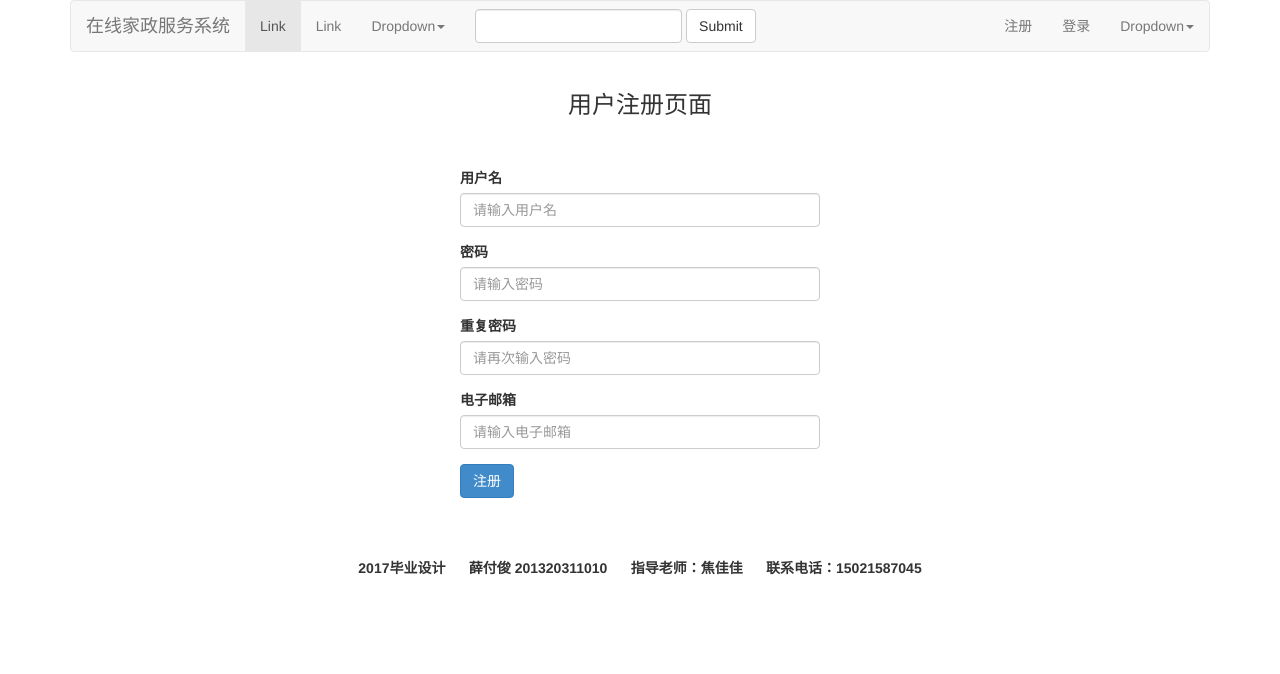
Repository: ELeonCXFJ/MyEclipseWS
Page: http://localhost/MyWeb/jsps/user/register.jsp
These files come from the project's save history. The page is drawn as it stood at one moment and after the next save; the edit follows.
The browser window is 1280 px wide. The pictures show the whole page.
The page is served by Tomcat 9. Nobody is signed in. The application's start-up code is not run. Other server files are loaded and not shown.

Above is the page before, as saved 2017-03-17 04:58:39.

### MyWeb/WebRoot/jsps/user/register.jsp
<%@ page language="java" import="java.util.*" pageEncoding="UTF-8"%>
<%@ taglib prefix="c" uri="http://java.sun.com/jsp/jstl/core" %>

<!DOCTYPE html>
<html>
<head>
   	<meta charset="utf-8">
   	<meta name="viewport" content="width=device-width, initial-scale=1">
   	<title>用户注册</title>

   	<link rel="stylesheet" href="${pageContext.request.contextPath}/vendor/bootstrap/css/bootstrap.css" />
   	<link rel="stylesheet" href="${pageContext.request.contextPath}/dist/css/bootstrapValidator.css" />

   	<script type="text/javascript" src="${pageContext.request.contextPath}/vendor/jquery/jquery.min.js"></script>
   	<script type="text/javascript" src="${pageContext.request.contextPath}/vendor/bootstrap/js/bootstrap.min.js"></script>
	<script type="text/javascript" src="${pageContext.request.contextPath}/dist/js/bootstrapValidator.js"></script>

</head>

<body>
<div class="container" >

	<div class="row clearfix">
	<c:import url="../../top.jsp"></c:import>
		<div class=""></div>
		<div class="col-md-12 column">
		<h3 align="center">用户注册页面</h3></br></br>
		</div>
	</div>
	<div class="row clearfix">
		<div class="col-md-4 column">
		</div>

		<div class="col-md-4 column">
			<form id="mainform" action="<c:url value='/UserServlet'/>" method="post" role="form">
				<input type="hidden" name="method" value="register"/>
				<div class="form-group">
					 <label for="username">用户名</label>
					 <input type="text" name="username" class="form-control" id="username" placeholder="请输入用户名" data-bv-remote="true"/>
				</div>

				<div class="form-group">
					 <label for="password">密码</label>
					 <input type="password" name="password" class="form-control" id="password" placeholder="请输入密码"  />
				</div>

				<div class="form-group">
					 <label for="confirmpassword">重复密码</label>
					 <input type="password" name="confirmpassword" class="form-control" id="confirmpassword" placeholder="请再次输入密码"  />
				</div>

				<div class="form-group">
					 <label for="email">电子邮箱</label>
					 <input type="text" name="email" class="form-control" id="username" placeholder="请输入电子邮箱"/>
				</div>

				<button type="submit" class="btn btn-primary">注册</button>
			</form>
		</div>
		<div class="col-md-4 column">
		</div>
	</div>
</div>
<c:import url="../../bottom.jsp"></c:import>
<div>
</div>
<script type="text/javascript">
$("#mainform").bootstrapValidator({
	message:"This value is not valid",
        feedbackIcons: {
            valid: 'glyphicon glyphicon-ok',
            invalid: 'glyphicon glyphicon-remove',
            validating: 'glyphicon glyphicon-refresh'
        },
        fields:{
			username:{
				validators:{
					notEmpty:{
						message:'用户名不能为空'
					},
					stringLength:{
						min:6,
						max:20,
						message:"用户名长度必须在6-20个字符之间"
					},
					regexp:{
						regexp:/^[a-zA-Z0-9_\.]+$/,
						message:"用户名只能由字母、数字、点和下划线组成",
					},
					threshold:6,
					remote:{
						url:'../../UserServlet?method=ajaxValidatorUserName',
						data:{username:$("#username").text()},
						delay : 1000,
						type:'POST',
						message:'该用户已存在',
					},
				}
			},

			password:{
				validators:{
					notEmpty:{
						message:'密码不能为空'
					},
					identical:{
						field: 'confirmpassword',
						message: '两次输入的密码不相同',
					},
					different:{
						field: 'username',
						message:'用户密码不能和账户名相同'
					},
					stringLength:{
						min:5,
						max:20,
						message:'密码长度必须在5-20个字符之间'
					},
				}
			},

			confirmpassword:{
				validators:{
					notEmpty:{
						message:'请重复输入密码'
					},
					identical:{
						field: 'password',
						message: '两次输入的密码不相同',
					},
					different:{
						field: 'username',
						message:'用户密码不能和账户名相同'
					},
					stringLength:{
						min:5,
						max:20,
						message:"密码长度必须在5-20个字符之间"
					},
				}
			},
			email:{
				validators:{
					emailAddress:{
						message:"当前输入的邮箱格式有误，请确认该邮箱为有效邮箱地址"
					},
					notEmpty:{
						message:'电子邮箱不能为空'
					},
					remote:{
						url:'../../UserServlet?method=ajaxValidatorEmail',
						data:{username:$("#email").text()},
						delay : 1000,
						type:'POST',
						message:'该邮箱已被注册',
					},
				}
			},
        }
    });
</script>
</body>
</html>

### MyWeb/WebRoot/top.jsp
<%@ page language="java" import="java.util.*" pageEncoding="UTF-8"%>
<%@ taglib prefix="c" uri="http://java.sun.com/jsp/jstl/core" %>

<!DOCTYPE html>
<html>
<head>
   <meta charset="utf-8">
   <title>导航栏</title>
</head>
<body>

<div class="container" align="center">
	<div class="row clearfix">
		<div class="col-md-12 column">
			<nav class="navbar navbar-default" role="navigation">
				<div class="navbar-header">
					 <button type="button" class="navbar-toggle" data-toggle="collapse" data-target="#bs-example-navbar-collapse-1"> <span class="sr-only">Toggle navigation</span><span class="icon-bar"></span><span class="icon-bar"></span><span class="icon-bar"></span></button> <a class="navbar-brand" href="../../index.jsp">在线家政服务系统</a>
				</div>
				<div class="collapse navbar-collapse" id="bs-example-navbar-collapse-1">
					<ul class="nav navbar-nav">
						<li class="active">
							 <a href="#">Link</a>
						</li>
						<li>
							 <a href="#">Link</a>
						</li>
						<li class="dropdown">
							 <a href="#" class="dropdown-toggle" data-toggle="dropdown">Dropdown<strong class="caret"></strong></a>
							<ul class="dropdown-menu">
								<li>
									 <a href="#">Action</a>
								</li>
								<li>
									 <a href="#">Another action</a>
								</li>
								<li>
									 <a href="#">Something else here</a>
								</li>
								<li class="divider">
								</li>
								<li>
									 <a href="#">Separated link</a>
								</li>
								<li class="divider">
								</li>
								<li>
									 <a href="#">One more separated link</a>
								</li>
							</ul>
						</li>
					</ul>
					<form class="navbar-form navbar-left" role="search">
						<div class="form-group">
							<input type="text" class="form-control" />
						</div> <button type="submit" class="btn btn-default">Submit</button>
					</form>
					<ul class="nav navbar-nav navbar-right">
						<li>
							 <a href="<c:url value='/jsps/user/register.jsp'/>">注册</a>
						</li>
						<li>
							<a href="<c:url value='/jsps/user/login.jsp' />">登录</a>
						</li>
						<li class="dropdown">
							 <a href="#" class="dropdown-toggle" data-toggle="dropdown">Dropdown<strong class="caret"></strong></a>
							<ul class="dropdown-menu">
								<li>
									 <a href="#">Action</a>
								</li>
								<li>
									 <a href="#">Another action</a>
								</li>
								<li>
									 <a href="#">Something else here</a>
								</li>
								<li class="divider">
								</li>
								<li>
									 <a href="#">Separated link</a>
								</li>
							</ul>
						</li>
					</ul>
				</div>
			</nav>
		</div>
	</div>
</div>
</body>

### MyWeb/WebRoot/bottom.jsp
<%@ page language="java" import="java.util.*" pageEncoding="UTF-8"%>
<%@ taglib prefix="c" uri="http://java.sun.com/jsp/jstl/core" %>

<!DOCTYPE html>
<html>
<head>
   <meta charset="utf-8">
   <title>页脚</title>
</head>
<body>

	<div align="center">
		<label for=“bottom"></br></br></br>2017毕业设计&nbsp;&nbsp;&nbsp;&nbsp;&nbsp;&nbsp;薛付俊 201320311010&nbsp;&nbsp;&nbsp;&nbsp;&nbsp;&nbsp;指导老师：焦佳佳&nbsp;&nbsp;&nbsp;&nbsp;&nbsp;&nbsp;联系电话：15021587045</label>
	</div>
	<div style="display:none;">
		<label for="hide">bootstrapvalidator引用自：https://github.com/nghuuphuoc/bootstrapvalidator</label>
	</div>
</body>

Loaded but not shown: MyWeb/WebRoot/dist/css/bootstrapValidator.css (common file); MyWeb/WebRoot/dist/js/bootstrapValidator.js (library)

After the next save:
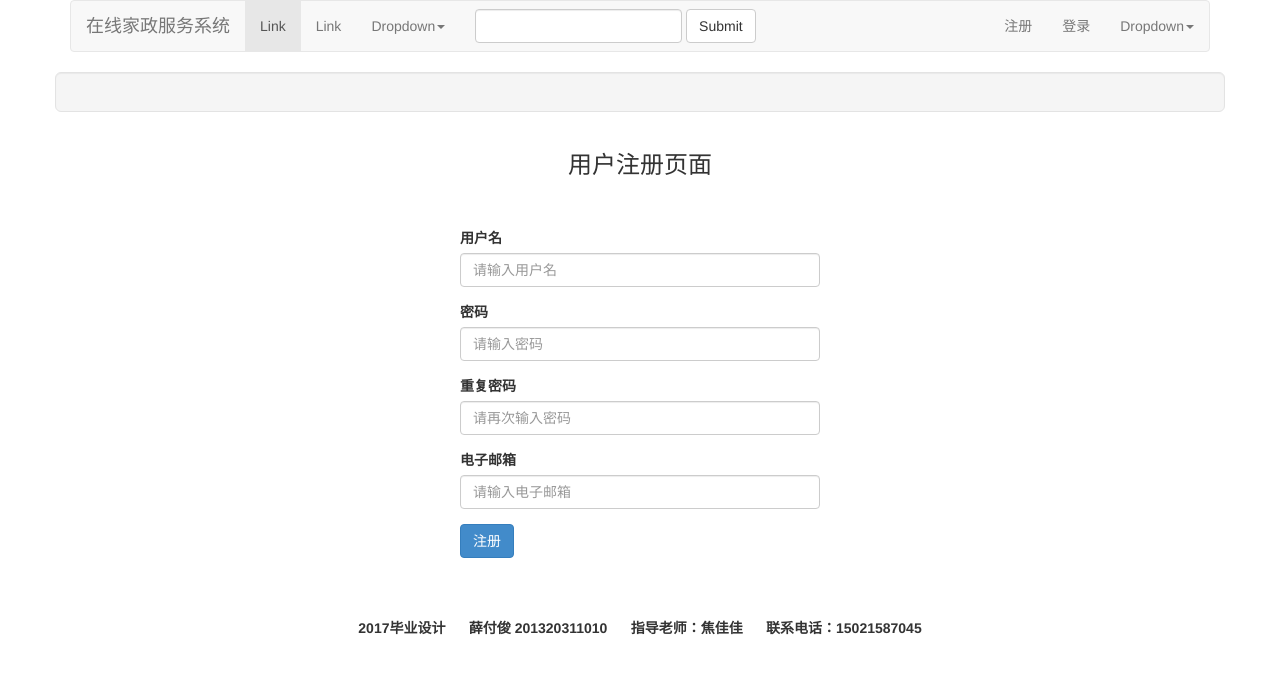
Saved 24 s later.
--- a/MyWeb/WebRoot/jsps/user/register.jsp
+++ b/MyWeb/WebRoot/jsps/user/register.jsp
@@ -22,7 +22,7 @@
 
 	<div class="row clearfix">
 	<c:import url="../../top.jsp"></c:import>
-		<div class=""></div>
+		<div class="jumbotron well"></div>
 		<div class="col-md-12 column">
 		<h3 align="center">用户注册页面</h3></br></br>
 		</div>
